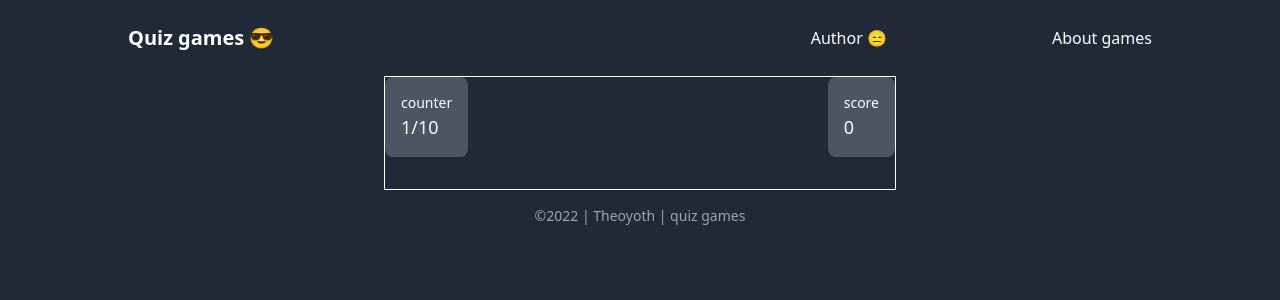
Repository: theoyoth/quiz-game
Page: /game
These files come from the project's save history. The page is drawn as it stood at one moment and after the next save; the edit follows.
The browser window is 1280 px wide. The pictures show the whole page.
The page's requests for data from a server got no answer. The project was rebuilt for these pictures with package versions that can differ from the ones it lists, and the page was loaded fresh each time. The framework's server and built-in components were replaced by stand-ins that run in the browser. No one was signed in, and anything a server would have sent is missing. Also part of the build but not shown: nuxt.config.js, layouts/404.vue, layouts/error.vue, layouts/errorLayout.vue. Imported but missing from the stored project, and not drawn on this page: components/EndPage.vue.

Above is the page before, as saved 2022-06-16 15:38:43.

After the next save:
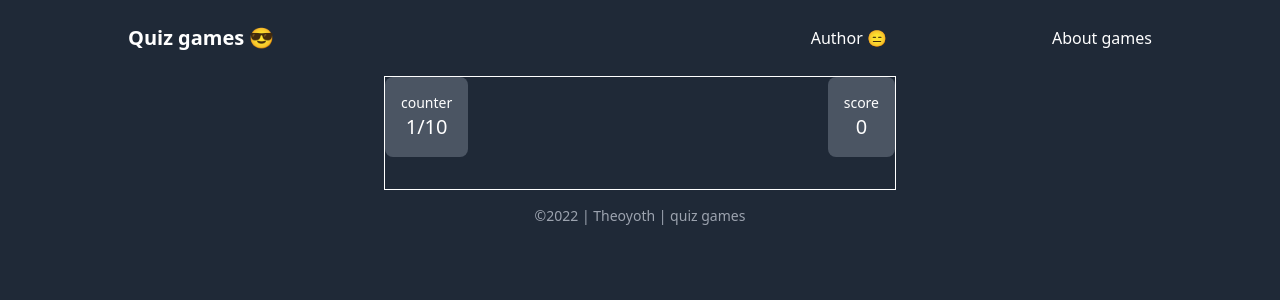
Saved 22 s later.
--- a/pages/game.vue
+++ b/pages/game.vue
@@ -4,13 +4,13 @@
     <div v-else class="w-full grid grid-cols-1 place-items-center">
       <div class="xl:w-1/2 lg:w-3/4 sm:w-11/12 md:w-2/3 border border-white border-1">
         <div class="w-full flex justify-between mb-8">
-          <div class="bg-gray-600 p-4 rounded-lg">
+          <div class="bg-gray-600 p-4 rounded-lg text-center">
             <p class="text-sm">counter</p>
-            <h1 class="text-lg">1/10</h1>
+            <h1 class="text-xl">1/10</h1>
           </div>
-          <div class="bg-gray-600 p-4 rounded-lg">
+          <div class="bg-gray-600 p-4 rounded-lg text-center">
             <p class="text-sm">score</p>
-            <h1 class="text-lg">0</h1>
+            <h1 class="text-xl">0</h1>
           </div>
         </div>
         <div v-for="(q,i) in questionNow" :key="i" class="mb-4">
